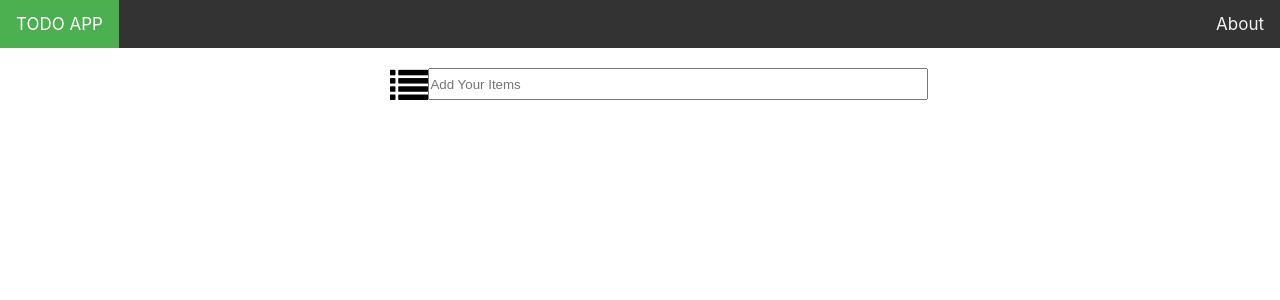
Repository: hoangphuong965/myTodoList
Page: /
These files come from the project's save history. The page is drawn as it stood at one moment and after the next save; the edit follows.
The browser window is 1280 px wide. The pictures show the whole page.
The project was rebuilt for these pictures with package versions that can differ from the ones it lists, and the page was loaded fresh each time.

Above is the page before, as saved 2020-06-01 09:48:18.

### public/index.html
<!DOCTYPE html>
<html lang="en">
  <head>
    <meta charset="utf-8" />
    <link rel="icon" href="%PUBLIC_URL%/favicon.ico" />
    <meta name="viewport" content="width=device-width, initial-scale=1" />
    <meta name="theme-color" content="#000000" />
    <meta
      name="description"
      content="Web site created using create-react-app"
    />
    <link rel="apple-touch-icon" href="%PUBLIC_URL%/logo192.png" />
    <!--
      manifest.json provides metadata used when your web app is installed on a
      user's mobile device or desktop. See https://developers.google.com/web/fundamentals/web-app-manifest/
    -->
    <link rel="manifest" href="%PUBLIC_URL%/manifest.json" />
    <!--
      Notice the use of %PUBLIC_URL% in the tags above.
      It will be replaced with the URL of the `public` folder during the build.
      Only files inside the `public` folder can be referenced from the HTML.

      Unlike "/favicon.ico" or "favicon.ico", "%PUBLIC_URL%/favicon.ico" will
      work correctly both with client-side routing and a non-root public URL.
      Learn how to configure a non-root public URL by running `npm run build`.
    -->
    <title>React App</title>
    <link rel="stylesheet" href="https://maxcdn.bootstrapcdn.com/font-awesome/4.7.0/css/font-awesome.min.css">
  </head>
  <body>
    <noscript>You need to enable JavaScript to run this app.</noscript>
    <div id="root"></div>
    <!--
      This HTML file is a template.
      If you open it directly in the browser, you will see an empty page.

      You can add webfonts, meta tags, or analytics to this file.
      The build step will place the bundled scripts into the <body> tag.

      To begin the development, run `npm start` or `yarn start`.
      To create a production bundle, use `npm run build` or `yarn build`.
    -->
  </body>
</html>

### src/App.js
import React, { Component } from "react";
import Navbar from "./components/Navbar/Navbar";
import TodoInput from "./components/TodoInput";
import "./components/todo.css";

export default class App extends Component {
  render() {
    return (
      <div>
        <Navbar />
        <div className="container">
          <TodoInput />
        </div>
      </div>
    );
  }
}

### src/components/Navbar/Navbar.js
import React, { Component } from "react";
import "./navbar.css";

export default class Navbar extends Component {
  render() {
    return (
      <div className="topnav">
        <a className="active" href="#home">
          TODO APP
        </a>
        <a href="#about">About</a>
      </div>
    );
  }
}

### src/components/TodoInput.js
import React, { Component } from "react";

export default class TodoInput extends Component {
  render() {
    return (
      <div className="input">
        <form className="form">
          <span>
            <i className="fa fa-list icon" aria-hidden="true"></i>
          </span>
          <span>
            <input type="text" className="input" placeholder="Add Your Items" />
          </span>
        </form>
      </div>
    );
  }
}

### src/components/todo.css
*{
    margin: 0;
    padding: 0;
    box-sizing: border-box;
}

.container{
    margin: 0 auto;
    width: 500px;
}

.input{
    width: 500px;
    height: 2rem;
    margin: 10px 0px 0px 0px;
    border: ;
}

.form{
    display: flex;
}

.icon{
    margin: 9px 0px 0px 0px;
    font-size: 2.4rem;
}

### src/components/Navbar/navbar.css
/* Add a black background color to the top navigation */
.topnav {
    background-color: #333;
    overflow: hidden;
    display: flex;
    justify-content: space-between;
  }

  /* Style the links inside the navigation bar */
  .topnav a {
    color: #f2f2f2;
    text-align: center;
    padding: 14px 16px;
    text-decoration: none;
    font-size: 17px;
    transition: all 0.3s linear;
  }

  /* Change the color of links on hover */
  .topnav a:hover {
    background-color: #ddd;
    color: black;
  }

  /* Add a color to the active/current link */
  .topnav a.active {
    background-color: #4CAF50;
    color: white;
  }

Loaded but not shown: src/index.js (common file); src/index.css (common file); src/serviceWorker.js (common file)

After the next save:
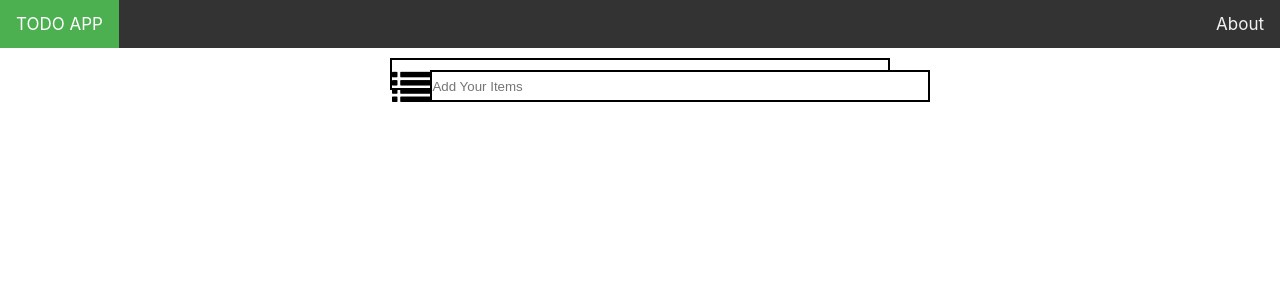
Saved 6 s later.
--- a/src/components/todo.css
+++ b/src/components/todo.css
@@ -13,7 +13,7 @@
     width: 500px;
     height: 2rem;
     margin: 10px 0px 0px 0px;
-    border: ;
+    border: 2px solid black;
 }
 
 .form{

After the save that followed:
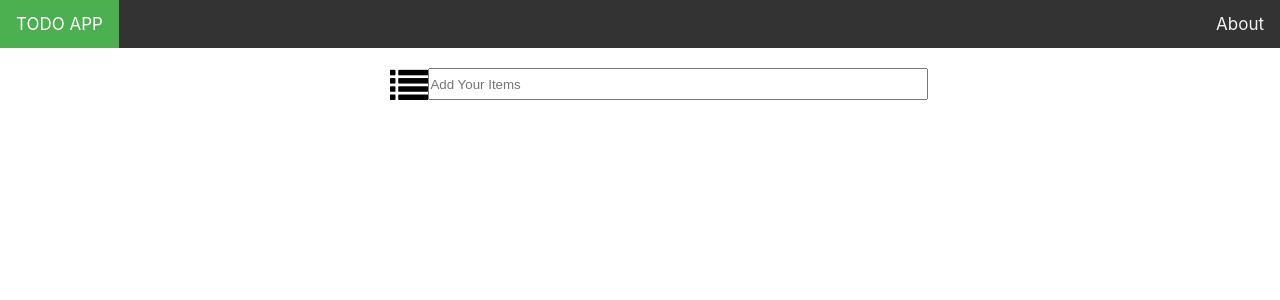
Saved 14 s later.
--- a/src/components/todo.css
+++ b/src/components/todo.css
@@ -13,7 +13,6 @@
     width: 500px;
     height: 2rem;
     margin: 10px 0px 0px 0px;
-    border: 2px solid black;
 }
 
 .form{
